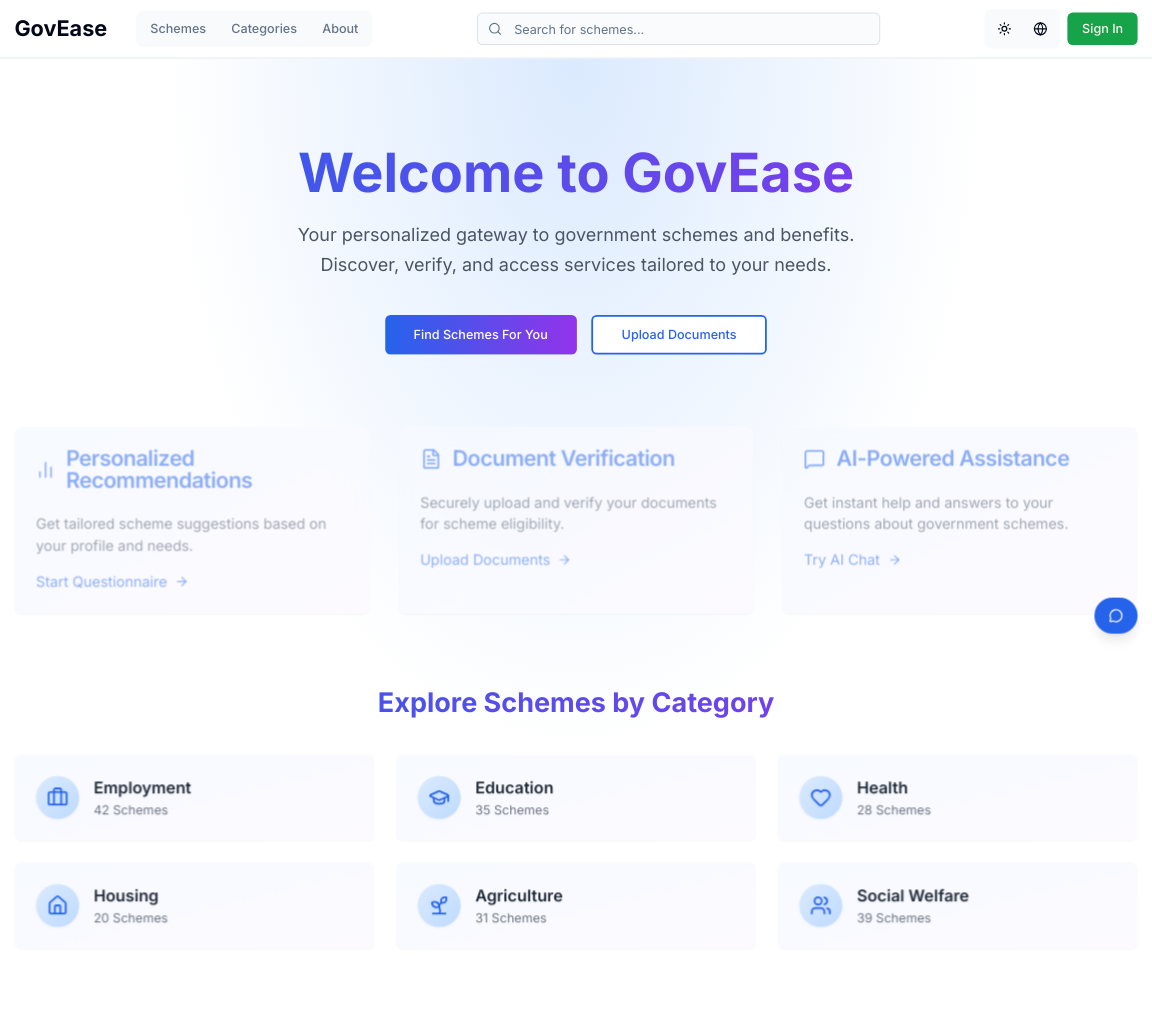
Repository: Aniket7545/GovEase
Page: /
An editor plug-in stored every save of this project. The page is shown before and after the next save, followed by the edit.
The browser window is 1280 px wide. The pictures show the whole page, at 90% of full size.
The project was rebuilt for these pictures with package versions that can differ from the ones it lists, and the page was loaded fresh each time. The framework's server and built-in components were replaced by stand-ins that run in the browser. Also part of the build but not shown: next.config.ts, components/ui/scroll-area.tsx.

Above is the page before, as saved 2025-01-12 18:21:38.

After the next save:
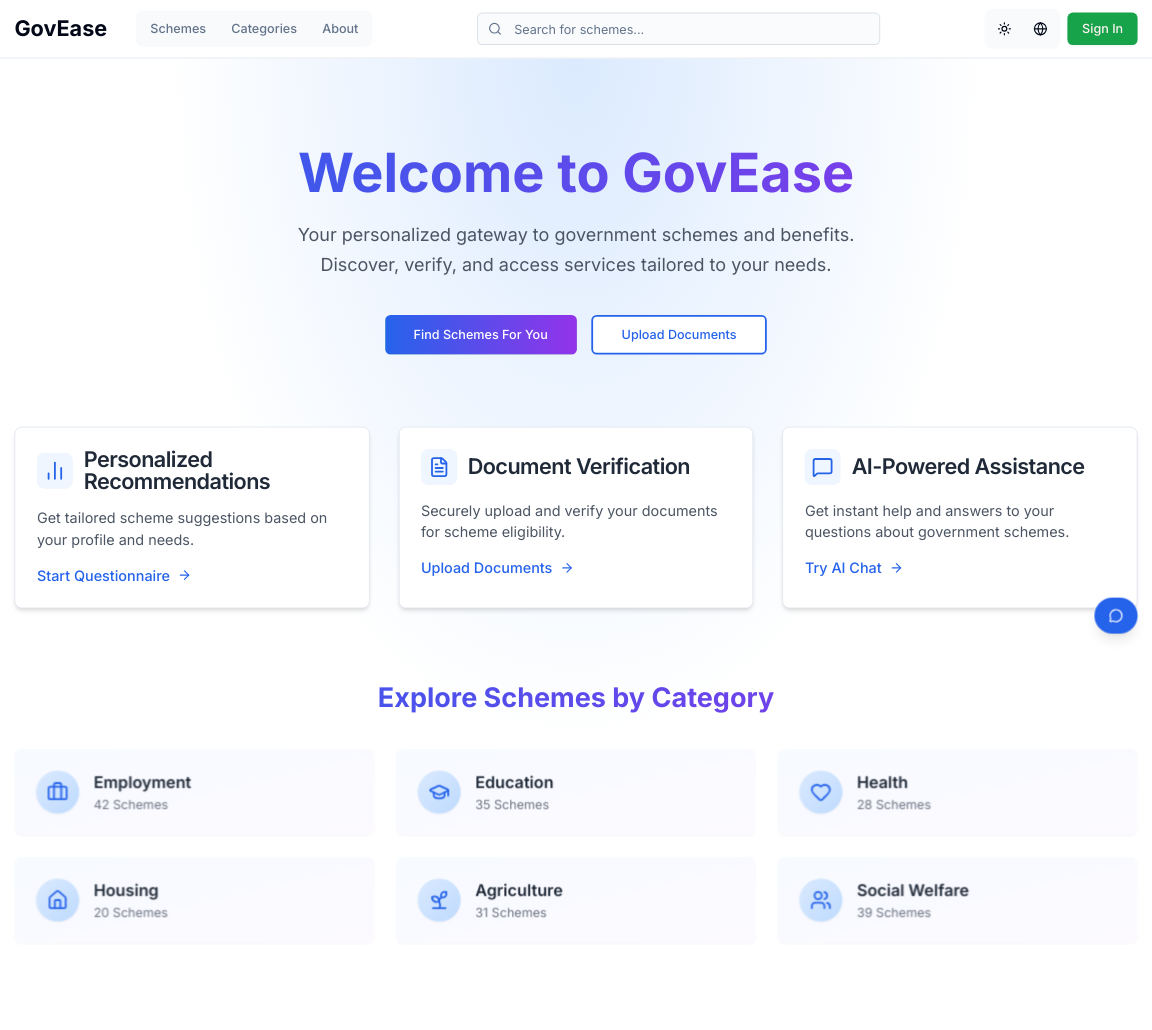
Saved 109 s later.
--- a/app/page.tsx
+++ b/app/page.tsx
@@ -64,6 +64,7 @@ export default function Home() {
 
           {/* Features Section */}
           {/* Features Section */}
+{/* Features Section */}
 <motion.div variants={itemVariants}>
   <div className="grid md:grid-cols-3 gap-8">
     {[
@@ -100,19 +101,24 @@ export default function Home() {
           onClick={feature.onClick}
           className="block h-full"
         >
-          <Card className="relative h-full overflow-hidden border-none bg-white/70 dark:bg-gray-800/50 backdrop-blur-lg">
-            <div className="absolute inset-0 bg-gradient-to-br from-blue-50 to-purple-50 dark:from-blue-900/20 dark:to-purple-900/20 opacity-50" />
-            <CardHeader>
-              <CardTitle className="flex items-center gap-3 text-blue-600 dark:text-blue-400">
-                {feature.icon}
-                {feature.title}
+          <Card className="relative h-full overflow-hidden border bg-white dark:bg-gray-800 shadow-md hover:shadow-xl transition-all duration-300">
+            <CardHeader className="pb-4">
+              <CardTitle className="flex items-center gap-3">
+                <div className="p-2 rounded-lg bg-blue-50 dark:bg-blue-900/50">
+                  <div className="text-blue-600 dark:text-blue-400">
+                    {feature.icon}
+                  </div>
+                </div>
+                <span className="text-gray-800 dark:text-gray-100">
+                  {feature.title}
+                </span>
               </CardTitle>
             </CardHeader>
             <CardContent className="space-y-4">
               <p className="text-gray-600 dark:text-gray-300">
                 {feature.description}
               </p>
-              <span className="group text-blue-600 dark:text-blue-400 flex items-center">
+              <span className="group text-blue-600 dark:text-blue-400 flex items-center font-medium">
                 {feature.linkText}
                 <ArrowRight className="ml-2 h-4 w-4 transition-transform group-hover:translate-x-1" />
               </span>
